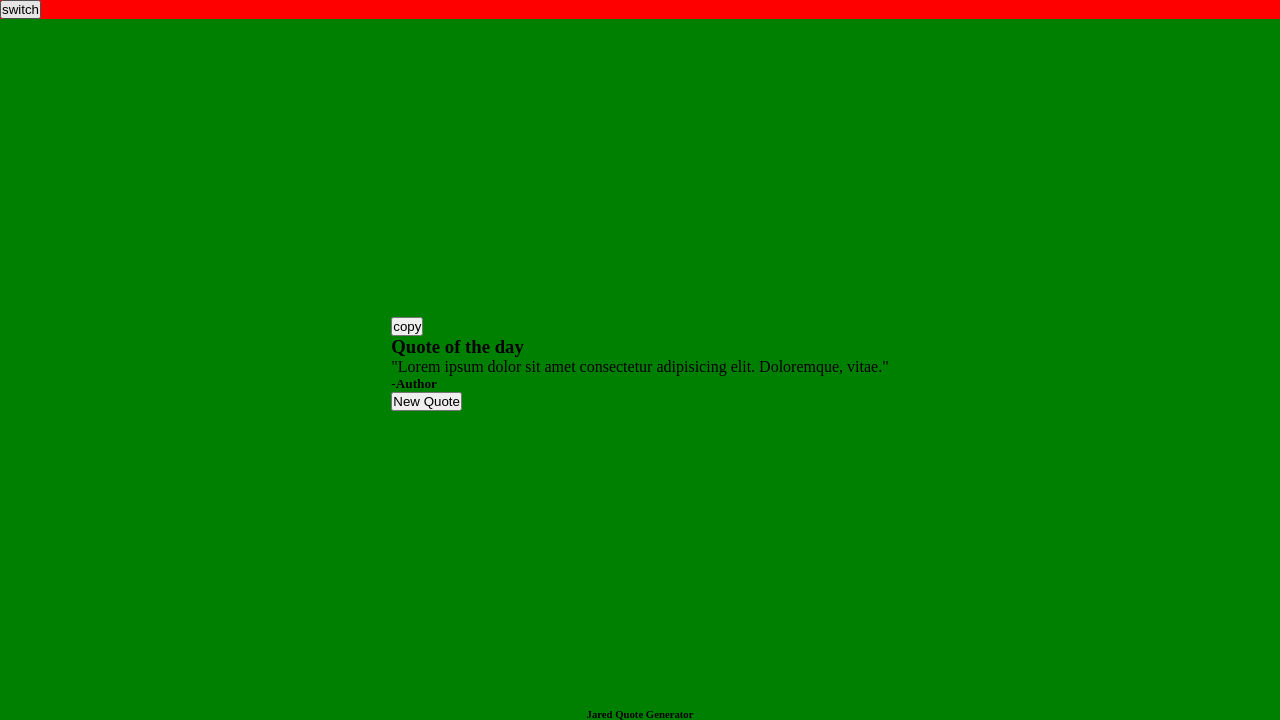
Repository: EguJaredoBoyd/Jared-Quote-Generator
Page: html/main.html
These files come from the project's save history. The page is drawn as it stood at one moment and after the next save; the edit follows.
The browser window is 1280 px wide. The pictures show the whole page.

Above is the page before, as saved 2026-01-09 00:30:58.

### html/main.html
<!DOCTYPE html>
<html lang="en">
  <head>
    <meta charset="UTF-8" />
    <meta name="viewport" content="width=device-width, initial-scale=1.0" />
    <link rel="stylesheet" href="../css/style.css" />
    <script src="../js/main.js" defer></script>
    <title>Document</title>
  </head>
  <body>
    <div class="container">
      <header>
        <button>switch</button>
      </header>
      <main>
        <div>
          <div>
            <button>copy</button>
          </div>
          <h3>Quote of the day</h3>
          <p>
            "Lorem ipsum dolor sit amet consectetur adipisicing elit.
            Doloremque, vitae."
          </p>
          <div>
            <h5>-Author</h5>
          </div>
          <div>
            <button>New Quote</button>
          </div>
        </div>
      </main>
      <footer>
        <div>
          <h6>Jared Quote Generator</h6>
        </div>
      </footer>
    </div>
  </body>
</html>

### css/style.css
* {
  margin: 0;
  padding: 0;
  box-sizing: border-box;
}

:root {
  --background-color: #7b0d1e;
  --card-color: #f8e5ee;
  --text-color: black;
  --button-color: var(--background-color);
}

.lighter-theme {
  --background-color: var(--card-color);
  --card-color: var(--background-color);
  --text-color: var(--text-color);
  --button-color: var(--button-color);
}

.container {
  background-color: green;
  height: 100vh;
  display: flex;
  flex-direction: column;
  justify-content: space-between;
  align-items: center;
}

header {
  display: flex;
  background-color: red;
  justify-self: self-end;
  width: 100%;
}

header button {
  display: flex;
  justify-content: flex-end;
}

Loaded but not shown: js/main.js (no copy from this time; the picture is the same without it)

After the next save:
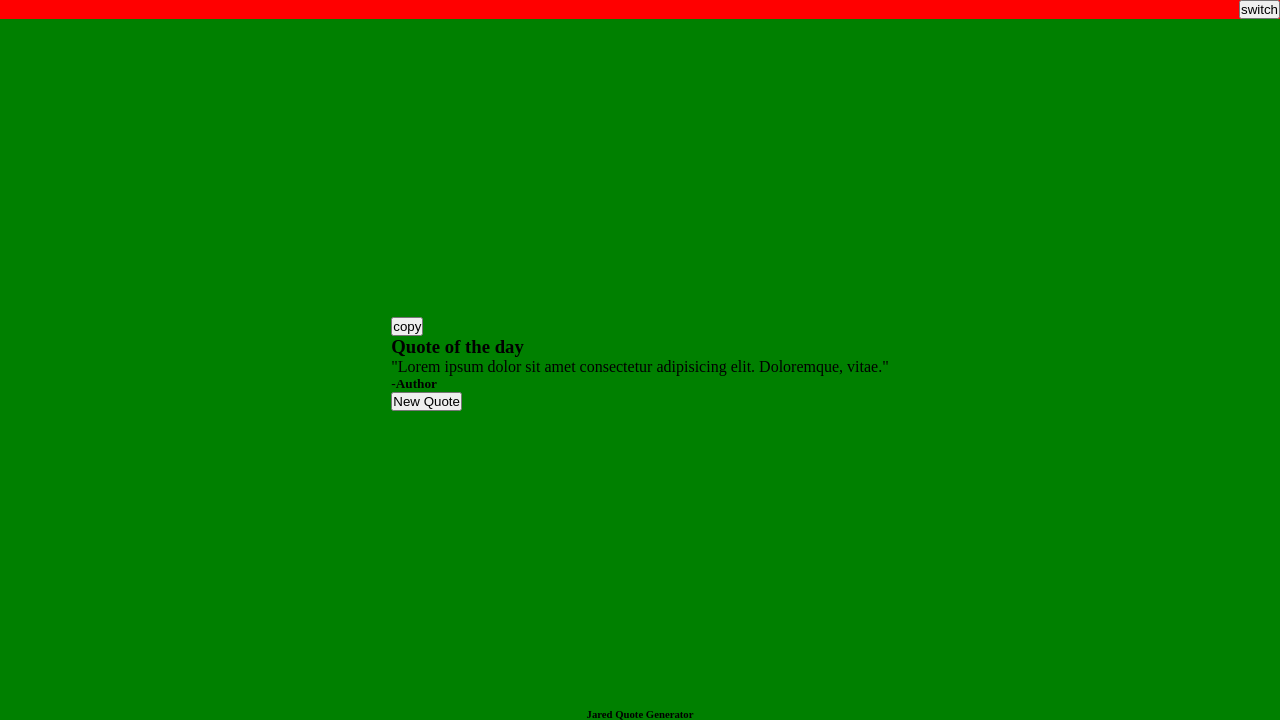
Saved 23 s later.
--- a/css/style.css
+++ b/css/style.css
@@ -29,8 +29,8 @@
 
 header {
   display: flex;
+  justify-content: end;
   background-color: red;
-  justify-self: self-end;
   width: 100%;
 }
 
